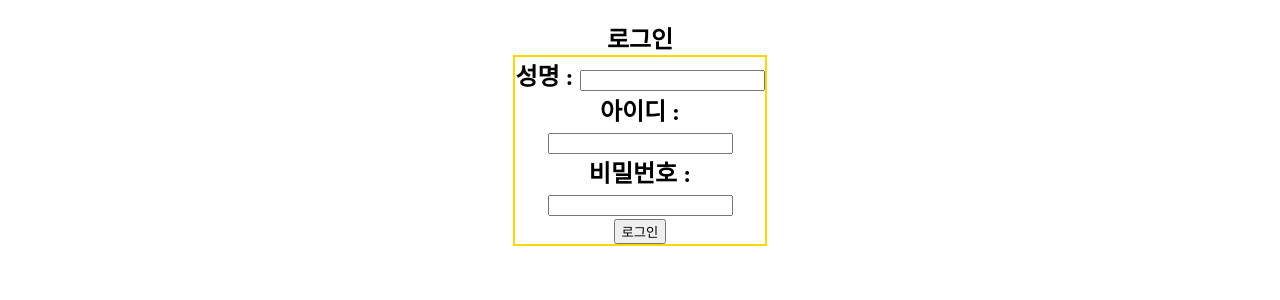
Repository: JaySurplusYoon/JSP_Servlet
Page: jsp01/WebContent/Human_info.html
An editor plug-in stored every save of this project. The page is shown before and after the next save, followed by the edit.
The browser window is 1280 px wide. The pictures show the whole page.

Above is the page before, as saved 2017-08-10 14:53:05.

### jsp01/WebContent/Human_info.html
<!DOCTYPE html>
<html>
<head>
<meta charset="UTF-8">
<title>회원정보</title>
<style>
	#loginFormArea{
		text-align : center;
		width : 250px;
		margin : auto;
		border : 2px solid gold;
	}
	h2{
		text-align : center;
	}
</style>
</head>
<body>
	<h2>로그인</h>
	<section id  = "loginFormArea">

		<form action="HI" method="get">
		<label id = "name">성명 :</label>
			<input type ="text" id="name" id="name"><br>
		<label id = "id">아이디 :</label>
			<input type= "text" name= "id" id="id"> <br>
		<label pw = "password">비밀번호 :</label>
			<input type = "password" name="pw" id="pw"><br>
		<input type="submit" value="로그인">
		</form>
	</section>

</body>
</html>

After the next save:
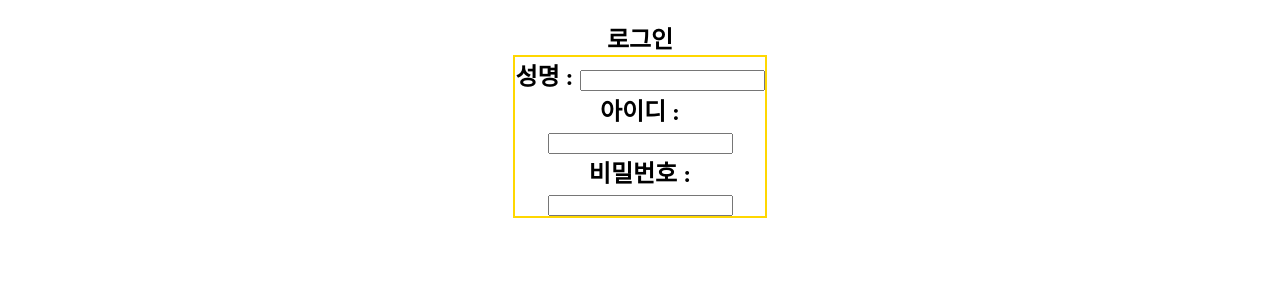
Saved 49 s later.
--- a/jsp01/WebContent/Human_info.html
+++ b/jsp01/WebContent/Human_info.html
@@ -24,8 +24,10 @@
 			<input type ="text" id="name" id="name"><br>
 		<label id = "id">아이디 :</label>
 			<input type= "text" name= "id" id="id"> <br>
-		<label pw = "password">비밀번호 :</label>
+		<label id = "password">비밀번호 :</label>
 			<input type = "password" name="pw" id="pw"><br>
+		<label
+
 		<input type="submit" value="로그인">
 		</form>
 	</section>
